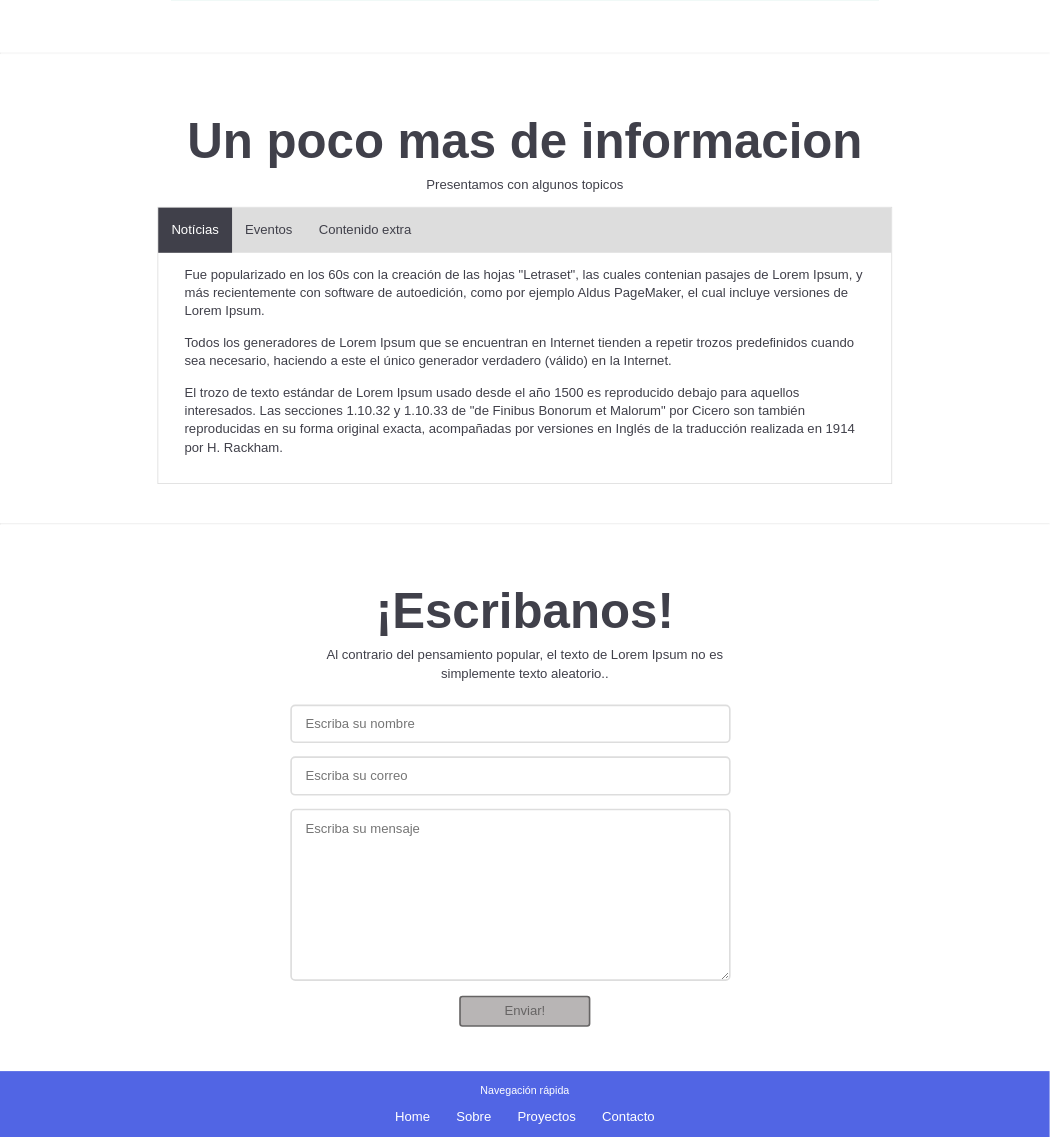
Repository: robsonmarkes/accesibilidad
Page: index.html
The author's editor kept a copy of each file at every save. The page is drawn from the files as they stood at one save, then again after the next save.
The browser window is 1280 px wide. The pictures show the part of the page from y = 1960 to 3347 px (the page is 3347 px tall), at 82% of full size.
The pointer rests on the first visible `.wrap .content .article .tabs .tabmenu ul li`.
A picture or video elsewhere on the page could not be fetched, so the positions and the page height are approximate.

Above is the page before, as saved 2022-10-13 11:02:11.

After the next save:
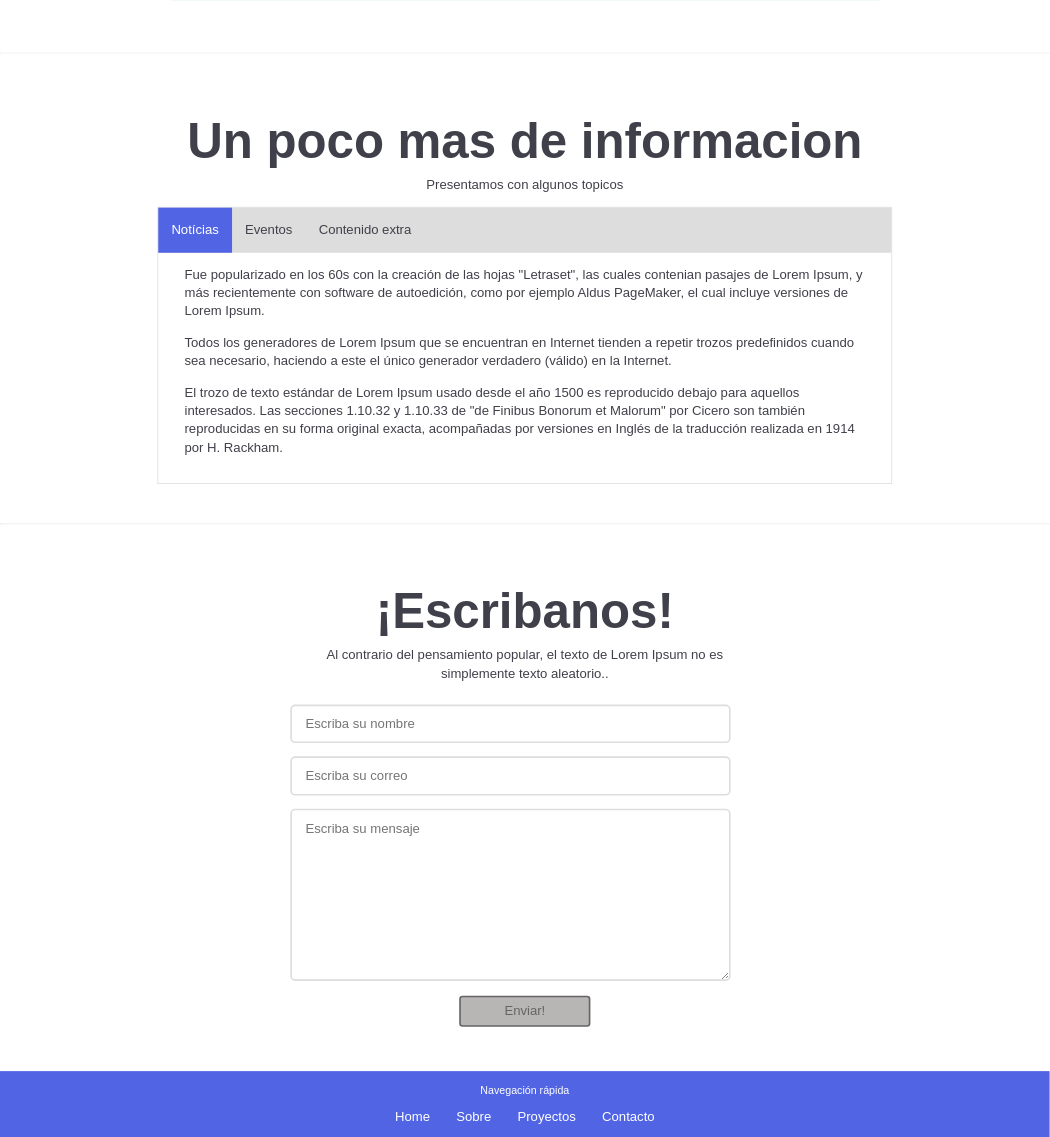
Saved 24 s later.
--- a/style.css
+++ b/style.css
@@ -220,14 +220,14 @@ body a:hover {
     cursor: pointer;
 }
 
-.wrap .content .article .tabs .tabmenu ul li:hover {
-    color: var(--primary-color);
-    background: var(--primary-bg);
-}
-
 .wrap .content .article .tabs .tabmenu ul li.open {
     background: var(--secondary-color);
     color: var(--primary-color);
+}
+
+.wrap .content .article .tabs .tabmenu ul li:hover {
+    color: var(--primary-color);
+    background: var(--primary-bg);
 }
 
 .wrap .content .article .tabs .tab-content {
